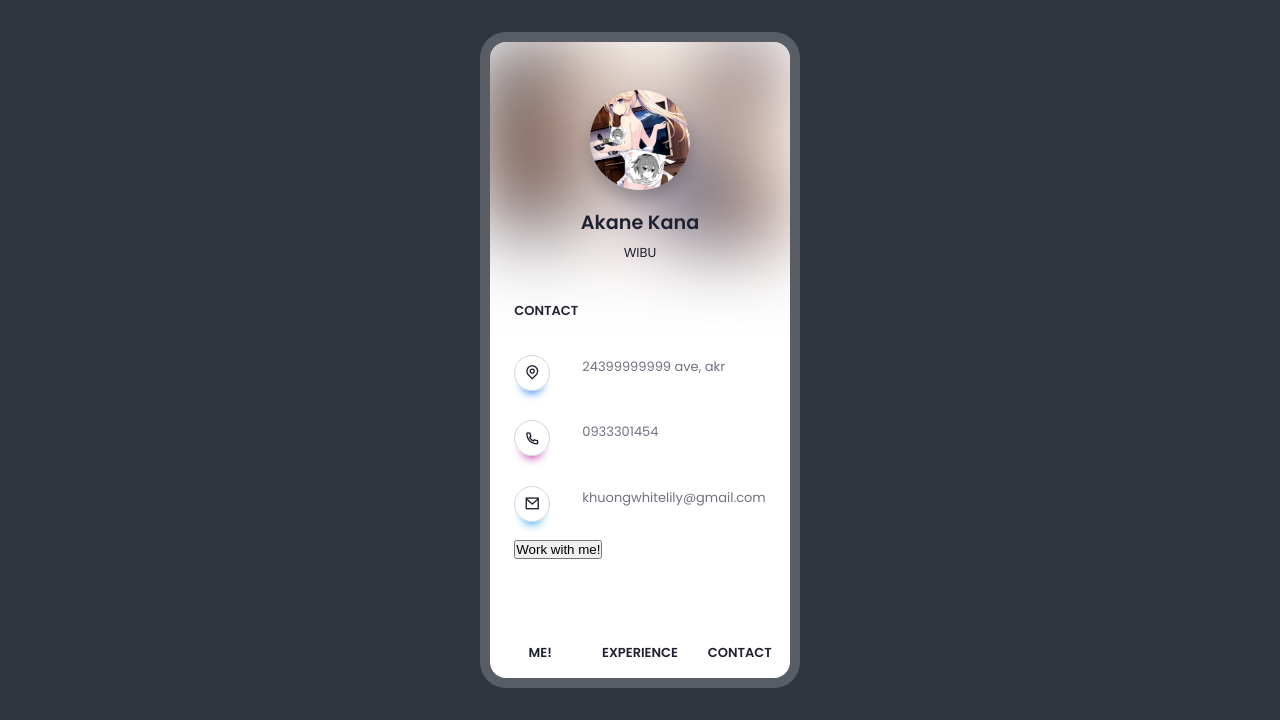
Repository: AkaneKana/AkaneKana
Page: index.html
These files come from the project's save history. The page is drawn as it stood at one moment and after a run of saves; the edit follows.
The browser window is 1280 px wide. The pictures show the whole page.
Some web libraries are served in a nearby version.

Above is the page before, as saved 2023-05-19 17:10:40.

After the next 3 saves:
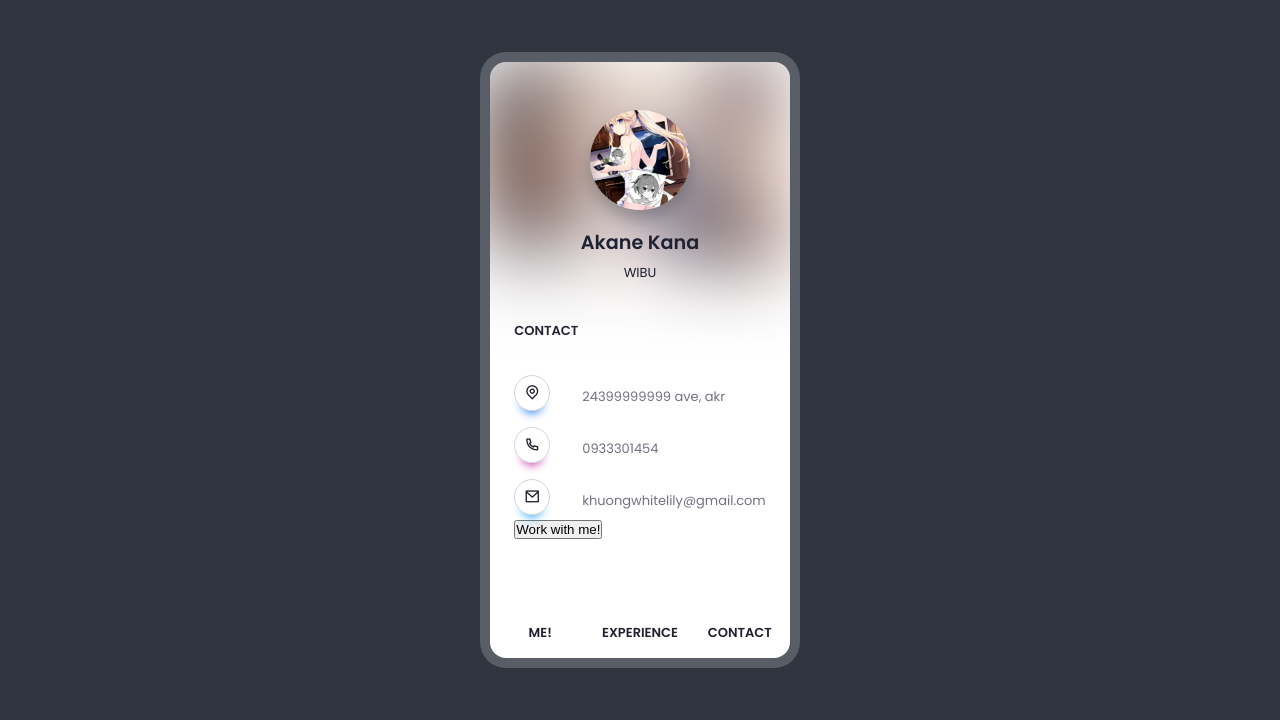
The 3 saves are shown as one change because they came seconds apart.
The last was saved 10 s later.
--- a/style.css
+++ b/style.css
@@ -337,5 +337,6 @@ section > div.active {
 }
 
 .card .contact ul li p {
-  margin: ;
-}
+  margin: 0.75em 0 0;
+
+}
